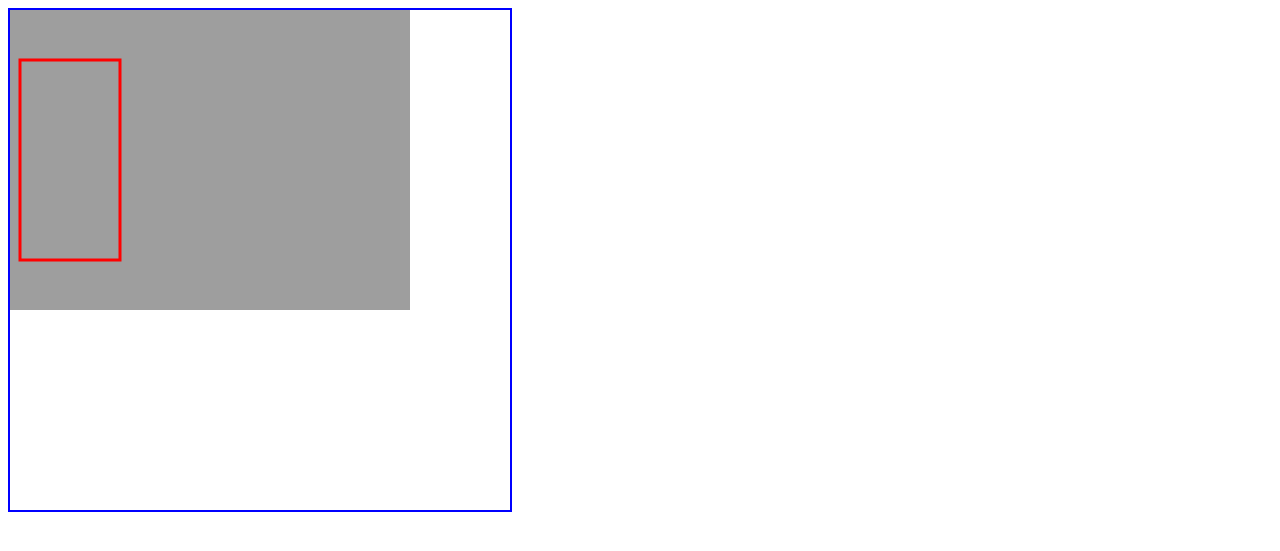
Repository: Backcoder-June/AI_Platform
Page: naverai/src/main/resources/static/cameratest.html
An editor plug-in stored every save of this project. The page is shown before and after the next save, followed by the edit.
The browser window is 1280 px wide. The pictures show the whole page.

Above is the page before, as saved 2022-09-02 07:10:14.

After the next save:
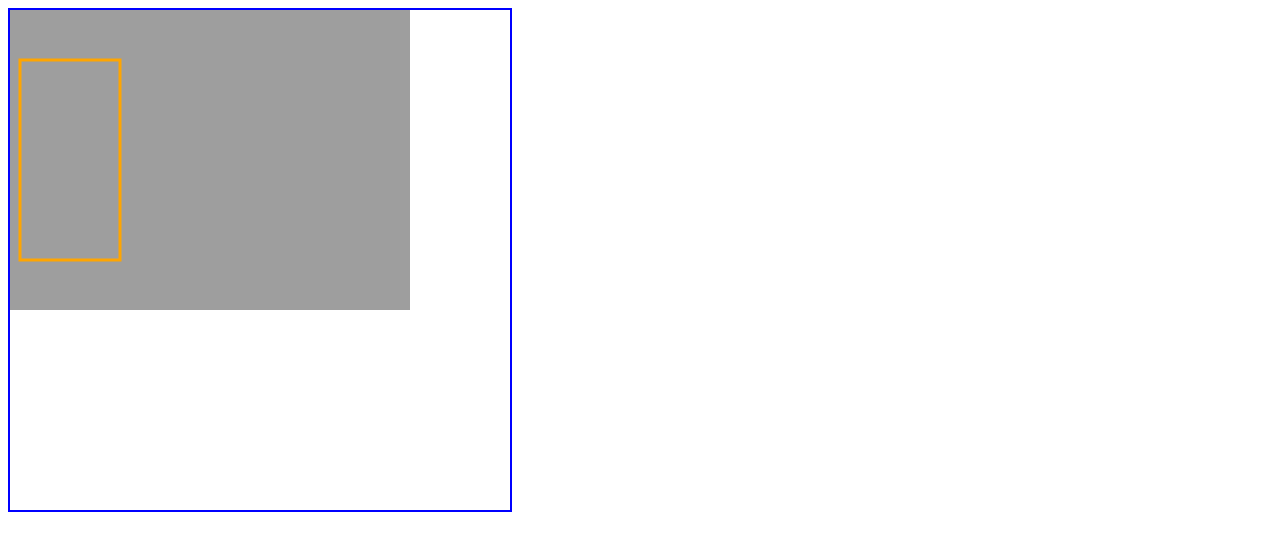
Saved 60 s later.
--- a/naverai/src/main/resources/static/cameratest.html
+++ b/naverai/src/main/resources/static/cameratest.html
@@ -15,7 +15,7 @@ $(document).ready(function(){
 	myimage.onload = function(){
 		pencil.drawImage(myimage,0,0,myimage.width, myimage.height);
 		pencil.lineWidth = 3;
-		pencil.strokeStyle = "red";
+		pencil.strokeStyle = "orange";
 		pencil.strokeRect(10,50,100,200);
 	}
 
